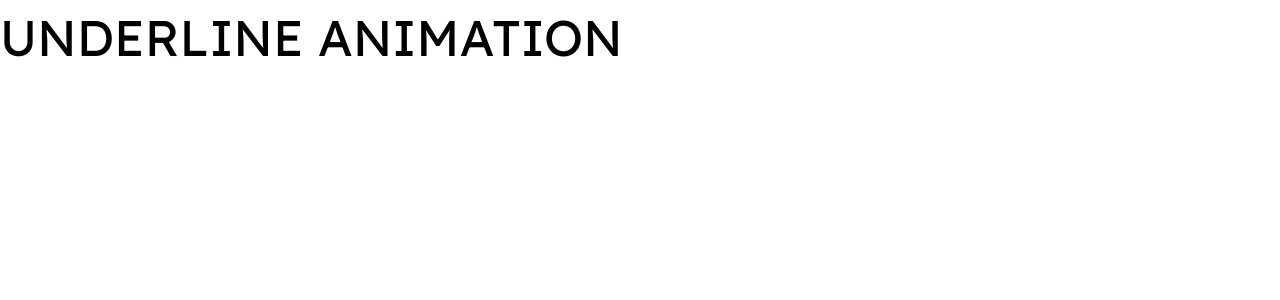
Repository: javals243/Reusable-component
Page: /
The author's editor kept a copy of each file at every save. The page is drawn from the files as they stood at one save, then again after the next save.
The browser window is 1280 px wide. The pictures show the whole page.
The project was rebuilt for these pictures with package versions that can differ from the ones it lists, and the page was loaded fresh each time. The framework's server and built-in components were replaced by stand-ins that run in the browser. Also part of the build but not shown: next.config.js, components/MasonryLayout/MansonryLayout.tsx, components/ProductCard/ProductCard.tsx.

Above is the page before, as saved 2023-01-03 10:16:50.

After the next save:
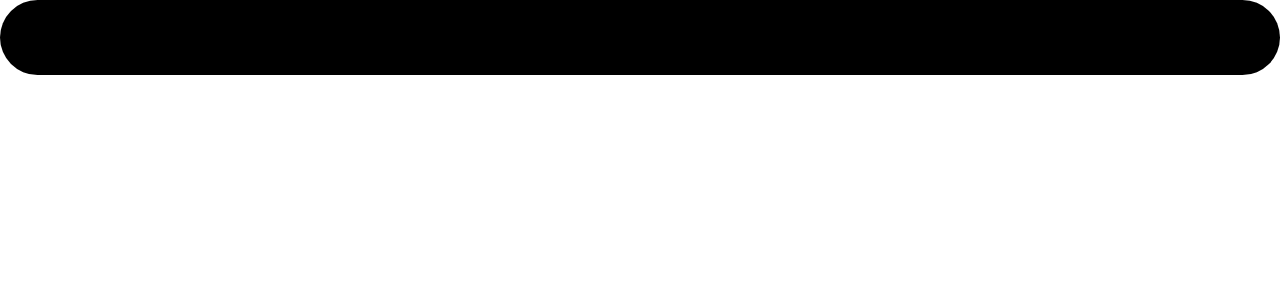
Saved 53 s later.
--- a/components/UnderlineAnimation/UnderlineAnimation.tsx
+++ b/components/UnderlineAnimation/UnderlineAnimation.tsx
@@ -3,7 +3,7 @@
 function UnderlineAnimation() {
   return (
     <div className="flex justify-center items-center">
-        <a href="" className="text-[50px] no-underline relative uppercase text-black after:block after:absolute   after:bottom-0 after:h-[2px] w-[100%]  rounded-[9999px] after:content-['']">Underline Animation</a>
+        <a href="" className='text-[50px] no-underline relative uppercase text-black after:block after:absolute   after:bottom-0 after:h-[2px] w-[100%] bg-black rounded-[9999px] after:content-[""]'>Underline Animation</a>
     </div>
   )
 }

After the save that followed:
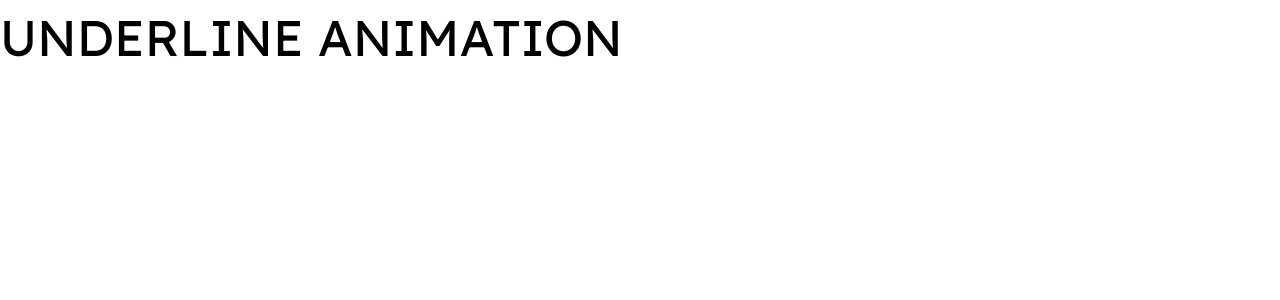
Saved 101 s later.
--- a/components/UnderlineAnimation/UnderlineAnimation.tsx
+++ b/components/UnderlineAnimation/UnderlineAnimation.tsx
@@ -3,7 +3,7 @@
 function UnderlineAnimation() {
   return (
     <div className="flex justify-center items-center">
-        <a href="" className='text-[50px] no-underline relative uppercase text-black after:block after:absolute   after:bottom-0 after:h-[2px] w-[100%] bg-black rounded-[9999px] after:content-[""]'>Underline Animation</a>
+        <a href="" className='text-[50px] no-underline relative uppercase text-black after:block after:absolute   after:bottom-0 after:h-[2px] w-[100%]  rounded-[9999px] after:content-[""]'>Underline Animation</a>
     </div>
   )
 }
